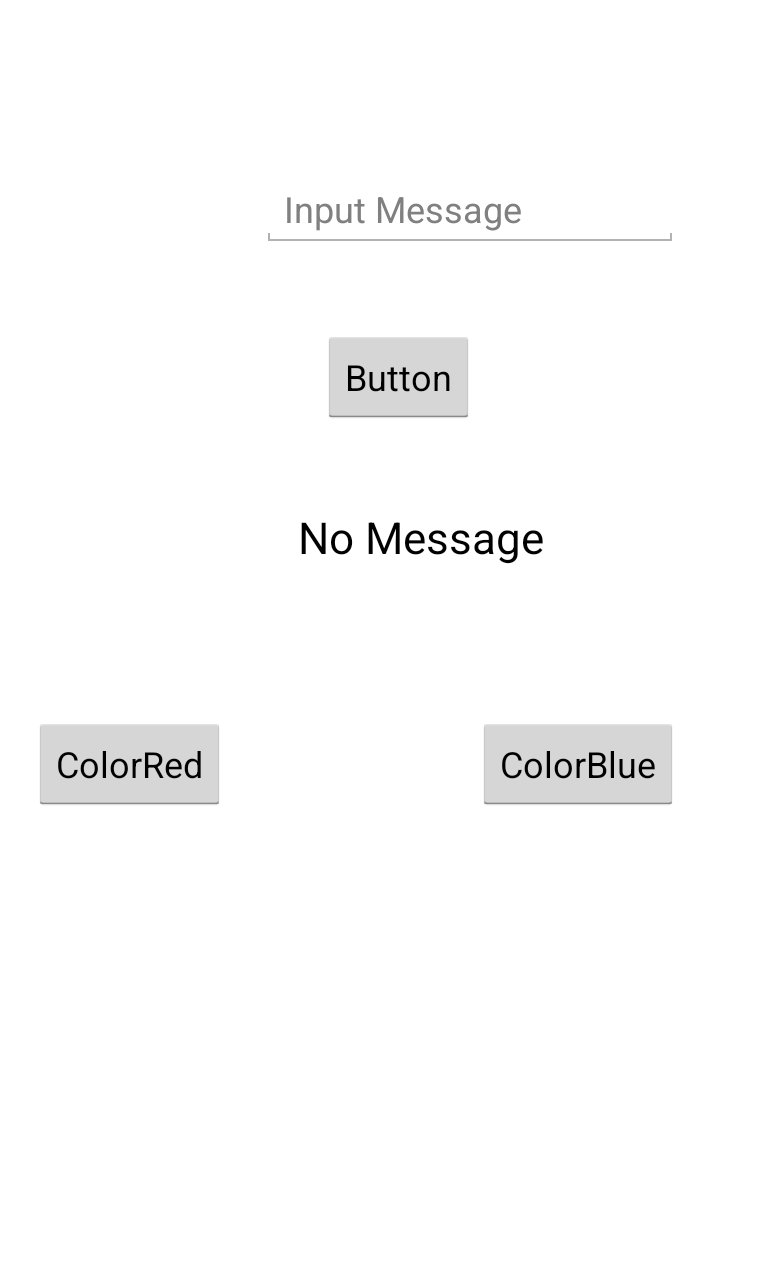
Repository: Mayappa/ANDROID-PROJ
Layout: ButtonView/res/layout/activity_main.xml
These files come from the project's save history. The layout is drawn as it stood at one moment and after the next save; the edit follows.
It is drawn on a 768 x 1280 px phone screen (xhdpi) without system bars, with theme AppTheme; the app's code is not run.

Above is the layout before, as saved 2015-11-09 14:14:49.

After the next save:
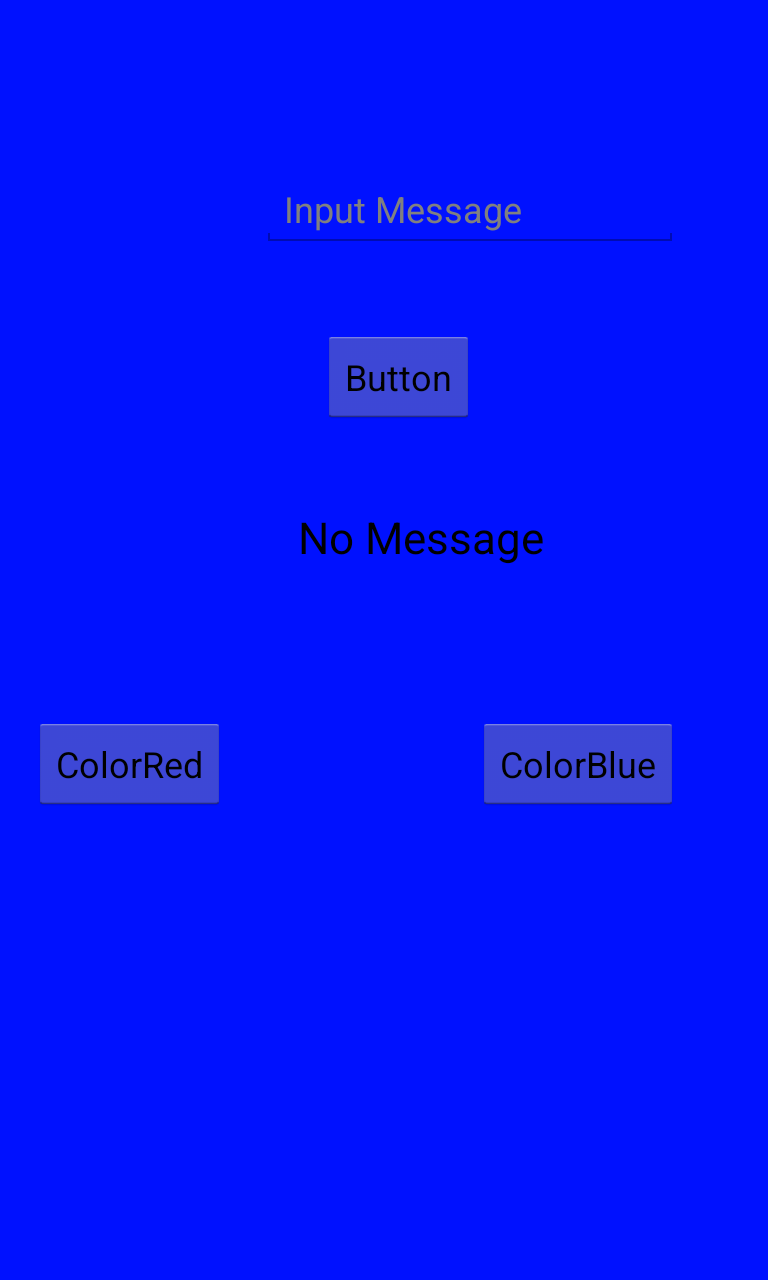
Saved 40 s later.
--- a/ButtonView/res/layout/activity_main.xml
+++ b/ButtonView/res/layout/activity_main.xml
@@ -6,7 +6,7 @@
     android:paddingLeft="@dimen/activity_horizontal_margin"
     android:paddingRight="@dimen/activity_horizontal_margin"
     android:paddingTop="@dimen/activity_vertical_margin"
-    android:background="#0011F"
+    android:background="#0011FF"
     tools:context=".MainActivity" >
 
 
